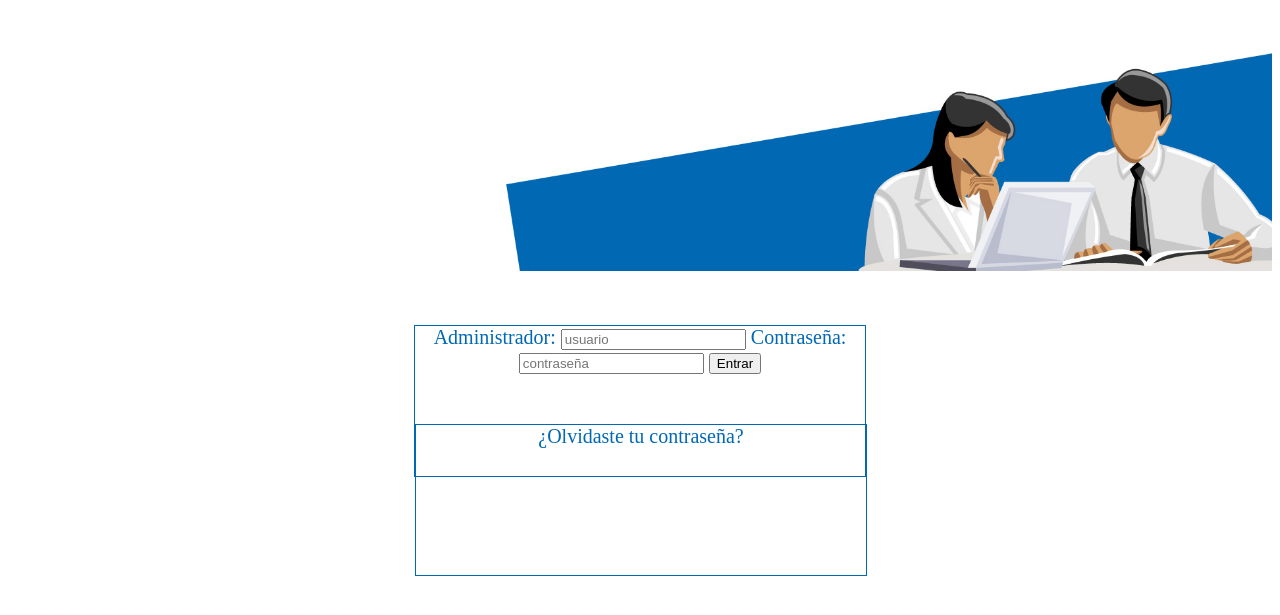
Repository: jluislechado/gestionUsuario
Page: http://localhost/php/admin.php
The author's editor kept a record of every edit. The page is drawn from the files as they stood at one moment, then again after the next edit.
The browser window is 1280 px wide. The pictures show the whole page.
The page is run by PHP 8.4 with error messages shown; the project is at /var/www/html/.

Above is the page before.

### workspace/php/admin.php
<!DOCTYPE html>
<html>
    <head>
        <meta charset="UTF-8">
        <title></title>
          <link rel="stylesheet" href="../estilo/estilo.css"/>
    </head>
    <body>
        <header>
            <img src="../estilo/imagenes/cabecera.jpg" alt="cabecera" id="cabecera"/>
        </header>
        <div class="blanco"></div>
        <div id="formularioIndex">
        <form action="phpadmin.php" method="post">
            <span>Administrador: </span><input type="text" name="alias" placeholder="usuario"/>
            <span>Contraseña: </span><input type="password" name="contrasena" placeholder="contraseña"/>
            <input type="submit" value="Entrar"/>
        </form>
        <div class="blanco"></div>
            <div id="formularioIndex">
        <a href="olvidar.php">¿Olvidaste tu contraseña?</a>
    </body>
</html>

### workspace/estilo/estilo.css
header{
    width:100%;
}
#cabecera{
    width:100%;
}
#formularioIndex{
    width:450px;
    height:150px;
    border:1px solid #0168b3;
    margin:0 auto;
    font-family:raleway;
    font-size:20px;
    color:#0168b3;
    text-align:center;
}
#botonIndex{
    background-color:#0168b3;
    font-family:raleway;
    font-size:20px;
    color:white;
    width:287px;
}
.blanco{
    width:100%;
    height:50px;
}
#enlacesIndex{
    width:450px;
    margin:0 auto;
    font-family:raleway;
    font-size:20px;
    color:#0168b3;
    text-align:center;
}
a{
    list-style:none;
    text-decoration:none;
    color:#0168b3;
}
#administradorIndex{
    width:100%;
    font-family:raleway;
    font-size:20px;
    color:#0168b3;
    text-align:right;
}
#h1{
    width:100%;
    font-family:raleway;
    color:#0168b3;
    font-size:40px;
    text-align:center;
    font-weight:200;
}
#formularioIndex2{
    width:450px;
    height:150px;
    border:1px solid #0168b3;
    margin-left:50px;
    float:left;
    font-family:raleway;
    font-size:20px;
    color:white;
    background-color:#0168b3;
    text-align:center;
}
#ladoDerecho{
    width:250px;
    float:right;
    margin-right:50px;
}
.usuario{
    width:250px;
    border:1px solid white;
    text-align:center;
    font-family:raleway;
    font-size:20px;
    background-color:#0168b3;
    margin-bottom:8px;
}
.usuario a{
   color:white;
}
table{
    margin:0 auto;
    font-family:raleway;
}
.mensaje{
    font-family:raleway;
    font-size:20px;
    background-color:#0168b3;
}

After the next edit:
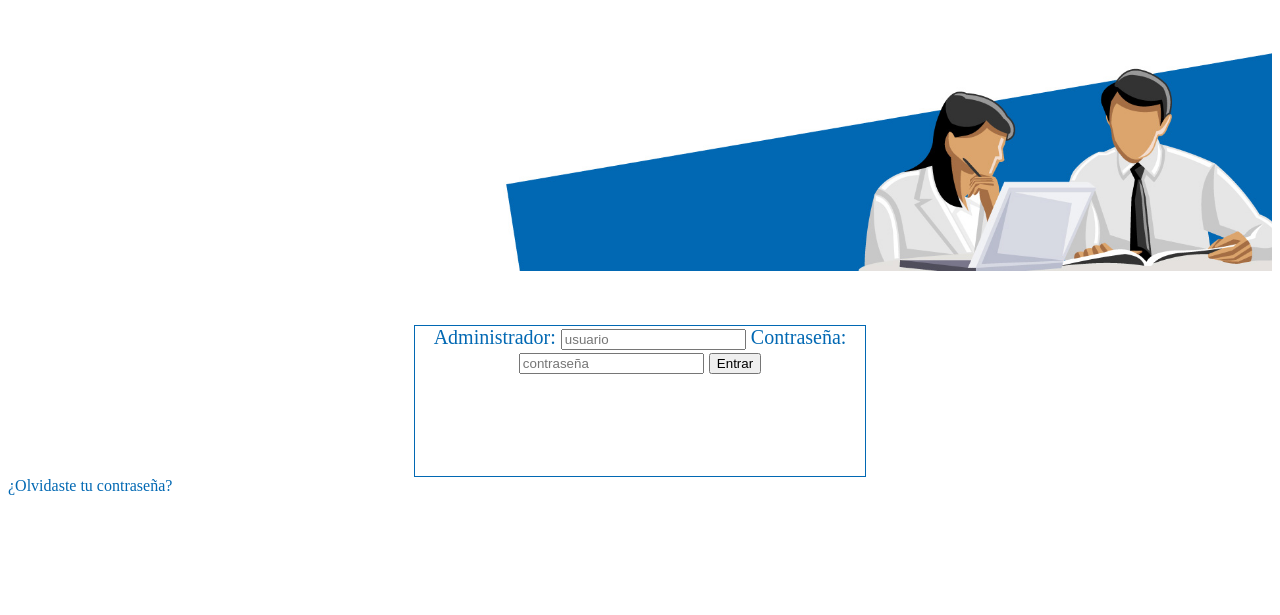
The edit:
--- a/workspace/php/admin.php
+++ b/workspace/php/admin.php
@@ -11,13 +11,12 @@
         </header>
         <div class="blanco"></div>
         <div id="formularioIndex">
-        <form action="phpadmin.php" method="post">
-            <span>Administrador: </span><input type="text" name="alias" placeholder="usuario"/>
-            <span>Contraseña: </span><input type="password" name="contrasena" placeholder="contraseña"/>
-            <input type="submit" value="Entrar"/>
-        </form>
-        <div class="blanco"></div>
-            <div id="formularioIndex">
+            <form action="phpadmin.php" method="post">
+                <span>Administrador: </span><input type="text" name="alias" placeholder="usuario"/>
+                <span>Contraseña: </span><input type="password" name="contrasena" placeholder="contraseña"/>
+                <input type="submit" value="Entrar"/>
+            </form>
+        </div>
         <a href="olvidar.php">¿Olvidaste tu contraseña?</a>
     </body>
 </html>
